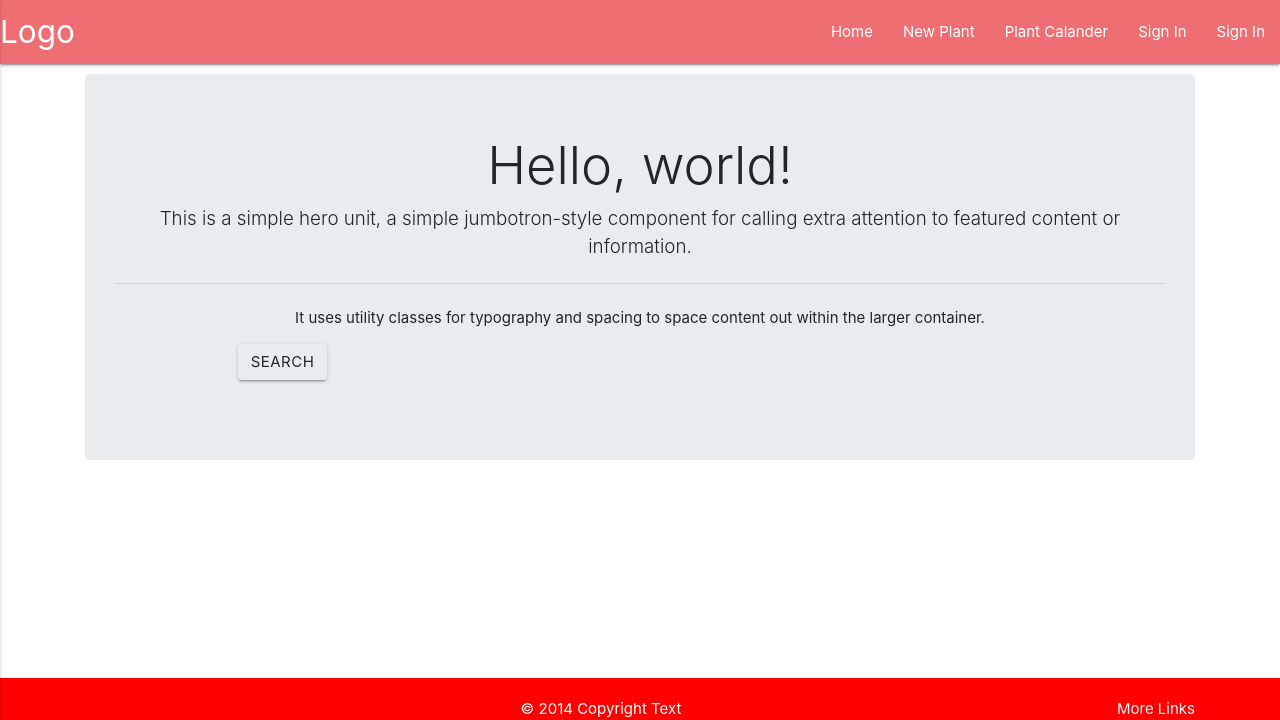
Repository: Lemoenskil/Milestone_project_3_Garden_planner
Page: http://localhost/
The author's editor kept a record of every edit. The page is drawn from the files as they stood at one moment, then again after a run of edits.
The browser window is 1280 px wide. The pictures show the whole page.
Some web libraries are served in a nearby version. The page is served by the project's application, run on Flask 3 (app.py). Other server files are loaded and not shown. Queries for data that is not in the repository find no rows.

Above is the page before.
Console error: TypeError: $(...).floatingActionButton is not a function

### templates/plant_records.html
{% extends "base.html" %}
{% block content %}
<div class="text-center justify-content-center">
  <div class="jumbotron">
    <h1 class="display-4">Hello, world!</h1>
    <p class="lead">This is a simple hero unit, a simple jumbotron-style component for calling extra attention to featured content or information.</p>
    <hr class="my-4">
    <p>It uses utility classes for typography and spacing to space content out within the larger container.</p>
    <div class="row">
      <form class="col-lg-4" id="search-site" action="{{ url_for('search') }}" ' method='get '>
        <div class="input-group">
          <div class="input-field">
            <label><input id="search" type="search" name='query '><i class="material-icons" >search</i></label>
          </div>
          <button type="submit" class="input-group-addon btn">search</button>
        </div>
      </form>
    </div>
  </div>
</div>

<div class="row text-center justify-content-center">
  {% for plant in plants%}
    <a href="{{url_for('view_plant', plant_id=plant._id)}}" class="card col-md-4 col-lg-3 mt-5 col-sm-12 col-xl-3" >
      <img src="{{plant.picture_link}}" class="card-img-top" alt="Responsive image" class="img-thumbnail">
      <div class="card-body">
         <h5 class="card-title">{{plant.plant_name}}</h5>
      </div>
    </a>
  {%endfor%}
</div>

<div>
  <div aria-label="" class="card-sm">
    <ul class="pagination justify-content-center">
      {% if page > 1 %}
      <li class="page-item">
        <a class="page-link" href="{{url_for('get_plant_record', page=page-1)}}" aria-label="Previous">
          <span aria-hidden="true">&laquo;</span>
          <span class="sr-only">Previous</span>
        </a>
      </li>
      {% endif %}
      {% for pagenum in pages %}
        {% if pagenum == page %}
          <li class="page-item active" aria-current="page">
        <a class="page-link" href="#">{{ pagenum }}<span class="sr-only">(current)</span></a> {% else %}
        <li class="page-item">
          <a class="page-link" href="{{url_for('get_plant_record', page=pagenum)}}">{{ pagenum }}</a></li>
        {% endif %}
      {% endfor %}
      {% if page < total %}
        <li class="page-item">
          <a class="page-link" href="{{url_for('get_plant_record', page=page+1)}}" aria-label="Next">
            <span aria-hidden="true">&raquo;</span>
            <span class="sr-only">Next</span>
          </a>
        </li>
      {% endif %}
    </ul>
  </div>
</div>

{% endblock %}

### templates/base.html
<!DOCTYPE html>
<html lang="en">
<head>
    <meta charset="UTF-8">
    <meta name="viewport" content="width=device-width, initial-scale=1.0">
    <meta http-equiv="X-UA-Compatible" content="ie=edge">
    <link href="https://fonts.googleapis.com/icon?family=Material+Icons" rel="stylesheet">
    <link rel="stylesheet" href="https://cdnjs.cloudflare.com/ajax/libs/materialize/0.100.2/css/materialize.min.css">
    <link href="https://stackpath.bootstrapcdn.com/bootstrap/4.4.1/css/bootstrap.min.css" rel="stylesheet" integrity="sha384-Vkoo8x4CGsO3+Hhxv8T/Q5PaXtkKtu6ug5TOeNV6gBiFeWPGFN9MuhOf23Q9Ifjh" crossorigin="anonymous">
    <link rel="stylesheet" href="{{url_for('static', filename='css/style.css')}}" type="text/css" />
    <title>Garden Planner</title>
</head>
<body>
    <header>
       <nav>
            <div class="nav-wrapper">
                <a href="#!" class="brand-logo">Logo</a>
                <a href="#" data-activates="mobile-demo" class="button-collapse"><i class="material-icons">menu</i></a>
                <ul class="right hide-on-med-and-down">
                    <li><a href="{{url_for('get_plant_record')}}">Home</a></li>
                    <li><a href="{{url_for('add_plant')}}">New Plant</a></li>
                    <li><a href="{{url_for('list_plant')}}">Plant Calander</a></li>
                    <li><a href="{{url_for('register_new_user')}}">Sign In</a></li>
                    <li><a href="">Sign In</a></li>
                </ul>
                <ul class="side-nav" id="mobile-demo">
                    <li><a href="{{url_for('get_plant_record')}}">Home</a></li>
                    <li><a href="{{url_for('add_plant')}}">New Plant</a></li>
                    <li><a href="{{url_for('list_plant')}}">Plant Calander</a></li>
                    <li><a href="{{url_for('register_new_user')}}">Register</a></li>
                    <li><a href="">Sign In</a></li>

                </ul>
            </div>
        </nav>
    </header>

    <main class="container">
        {% block content %}{% endblock %}

    </main>

    <footer class="page-footer">
        <div class="container" class="footer-copyright">
            © 2014 Copyright Text
            <a class="grey-text text-lighten-4 right" href="#!">More Links</a>
        </div>
    </footer>

    <script src="https://code.jquery.com/jquery-3.4.1.slim.min.js" integrity="sha384-J6qa4849blE2+poT4WnyKhv5vZF5SrPo0iEjwBvKU7imGFAV0wwj1yYfoRSJoZ+n" crossorigin="anonymous"></script>
    <script src="https://cdnjs.cloudflare.com/ajax/libs/jquery/3.2.1/jquery.min.js"></script>
    <script src="https://stackpath.bootstrapcdn.com/bootstrap/4.4.1/js/bootstrap.min.js"></script>
    <script src="https://cdnjs.cloudflare.com/ajax/libs/materialize/0.100.2/js/materialize.min.js"></script>
    <script src="https://maxcdn.bootstrapcdn.com/bootstrap/4.1.1/js/bootstrap.min.js"></script>
    <script type="text/javascript">
        $(document).ready(function() {
            $(".button-collapse").sideNav();
            $('.fixed-action-btn').floatingActionButton();
        });
        $('#myModal').on('shown.bs.modal', function () {
             $('#myInput').trigger('focus')
        });
    </script>
</body>

</html>

### app.py
import os
from flask import Flask, render_template, redirect, request, url_for, session, flash
from flask_pymongo import PyMongo
from form import LoginForm, RegisterForm
from bson.objectid import ObjectId
import math
import re
import bcrypt



app = Flask ("----name----")
app.config["MONGO_DBNAME"] = 'garden_planner'
app.config["MONGO_URI"] = 'mongodb+srv://CP3O:iYmkh8QOgi2fhu2y@lemoenskil-4vjdx.mongodb.net/garden_planner?retryWrites=true&w=majority'

# Set the secret key to some random bytes. Keep this really secret!
app.secret_key = os.environ.get('SECRET_KEY') or 'y6rdh777y685hf67gk9786j65g9h*&^^*(^'

plants_per_page = 6

mongo = PyMongo(app)

@app.route('/')
@app.route('/plant_records')
def get_plant_record():
    page_number = int(request.args.get('page', 1))
    plants_to_skip = (page_number - 1) * plants_per_page
    plant_count = mongo.db.plant_data.count({})
    page_count = int(math.ceil(plant_count / plants_per_page))
    page_numbers = range(1, page_count + 1)
    plants_on_page = mongo.db.plant_data.find().skip(plants_to_skip).limit(plants_per_page)
    return render_template("plant_records.html", title="Home", plants=plants_on_page, page=page_number, pages=page_numbers, total=page_count)

@app.route('/register', methods=['GET', 'POST'])
def register_new_user():
    """Registers a new user"""
    form = RegisterForm(request.form)
    if form.validate_on_submit():
        all_existing_users = mongo.db.user_data
        found_user = all_existing_users.find_one({
            'name': request.form['username']
        })

        if found_user:
            flash(f"Username `{request.form['username']}` is already taken. Please try a different username.")
            return redirect(url_for('register_new_user'))
        else:
            # Convert password to hash to prevent password leakage should we get hacked
            hashed_password = bcrypt.hashpw(
                request.form['password'].encode('utf-8'), bcrypt.gensalt()
            )
            all_existing_users.insert_one({
                'name': request.form['username'],
                'password': hashed_password,
                'email': request.form['email']
            })
            # User successfully registered, so treat the user as logged in.
            session['username'] = request.form['username']
            return redirect(url_for('get_plant_record'))
    return render_template('register.html', title='Register', form=form)


@app.route('/list_plant')
def list_plant():
    return render_template("list_plant.html", plants=mongo.db.plant_data.find())

@app.route('/view_plant/<plant_id>')
def view_plant(plant_id):
    """Shows full plant details"""
    mongo.db.plant_data.find_one(
        {'_id': ObjectId(plant_id)},
    )
    plant_db = mongo.db.plant_data.find_one_or_404({'_id': ObjectId(plant_id)})
    return render_template("view_plant.html", plant=plant_db)

@app.route('/add_plant')
def add_plant():
    return render_template("add_plant.html")

@app.route('/insert_plant', methods=['POST'])
def insert_plant():
    plants = mongo.db.plant_data
    plants.insert_one(convert_form_to_plant_data(request.form))
    return redirect(url_for('get_plant_record'))

@app.route('/update_plant/<plant_id>')
def update_plant(plant_id):
    plants =  mongo.db.plant_data.find_one({"_id": ObjectId(plant_id)})
    return render_template('update_plant.html', plant=plants)

def convert_form_to_plant_data(form):
    value_sowing_under_glass = [ month for month in range(1, 13) if f"sowing-under-glass-{month}" in form ]
    value_outside_seeding = [ month for month in range(1, 13) if f"outside-seeding-{month}" in form ]
    value_harvest = [ month for month in range(1, 13) if f"harvest-{month}" in form ]
    return {
        'plant_name':form.get('plant_name'),
        'picture_link':form.get('picture_link'),
        'crop_group': form.get('crop_group'),
        'crop_family': form.get('crop_family'),
        'soil':form.get('soil'),
        'frost_tolerant':form.get('frost_tolerant'),
        'position':form.get('position'),
        'feeding':form.get('feeding'),
        'companions':form.get('companions'),
        'spacing':form.get('spacing'),
        'Sow_and_Plant':form.get('Sow_and_Plant'),
        'Harvesting':form.get('Harvesting'),
        'Pests':form.get('Pests'),
        'Note':form.get('Note'),
        'value_sowing_under_glass':value_sowing_under_glass,
        'value_outside_seeding':value_outside_seeding,
        'value_harvest':value_harvest,
    }

@app.route('/edit_plant/<plant_id>', methods=["POST"])
def edit_plant(plant_id):
    plants = mongo.db.plant_data
    plants.update( {'_id': ObjectId(plant_id)}, convert_form_to_plant_data(request.form))
    return redirect(url_for('get_plant_record'))

@app.route('/delete_plant/<plant_id>')
def delete_plant(plant_id):
    mongo.db.plant_data.remove({'_id': ObjectId(plant_id)})
    return redirect(url_for('get_plant_record'))

@app.route('/search')
def search():
    """Provides logic for search bar"""
    query_A = request.args['query'].strip()
    regx = re.compile(f".*{query_A}.*", re.IGNORECASE)
    query = {'$regex': regx }
    results = mongo.db.plant_data.find({
        '$or': [
            {'plant_name': query},
            {'Note': query},
            {'crop_group': query},
        ]
    })
    return render_template('search_results.html', query=query_A, results=results)

if __name__ == '__main__':
    app.run(host=os.environ.get('IP'),
            port=int(os.environ.get('PORT')),
            debug=True)

### static/css/style.css
.mt-5, .my-5 {
    margin: 2rem!important;
}

.card{
  width: 100%;
}

body {
  display: flex;
  min-height: 100vh;
  flex-direction: column;
}

main {
  flex: 1 0 auto;
}


.page-footer{
    position: fixed;
    left: 0;
   bottom: 0;
   width: 100%;
   background-color: red;
   color: white;
   text-align: center;
}

.card-sm{
  margin-bottom: 50px;
}

.form-control-borderless {
    border: none;
}

.form-control-borderless:hover, .form-control-borderless:active, .form-control-borderless:focus {
    border: none;
    outline: none;
    box-shadow: none;
}

.search_box{
    width: 100%;
    margin: 6%;
}
.align-items-center{
    margin: 0px!important;
}

.under-glass{
    background-color: yellow;
}
.outside-seeding {
    background-color: orange;
}

.harvest{
    background-color: green;
}
.header-edit-form{
    text-align: center;
}

.list_headings{
    color: #d8e332!important;
}

.jumbotron{
    margin-top: 10px;
}

.input-group{
  display:table;
  width:100%;
}
.input-group .input-field,
.input-group .input-group-addon{
  display:table-cell;
}

.page-item.active .page-link{
    z-index: 0!important;
}

.card-img-top{
    width: 100%;
    height: 200px;
    object-fit: cover;
}
.modal{
    background-color: transparent;
    max-height: 100%;
}

.modal .modal-footer{
    background-color: transparent;
}

.container {
    overflow: auto;
}

After the next 2 edits:
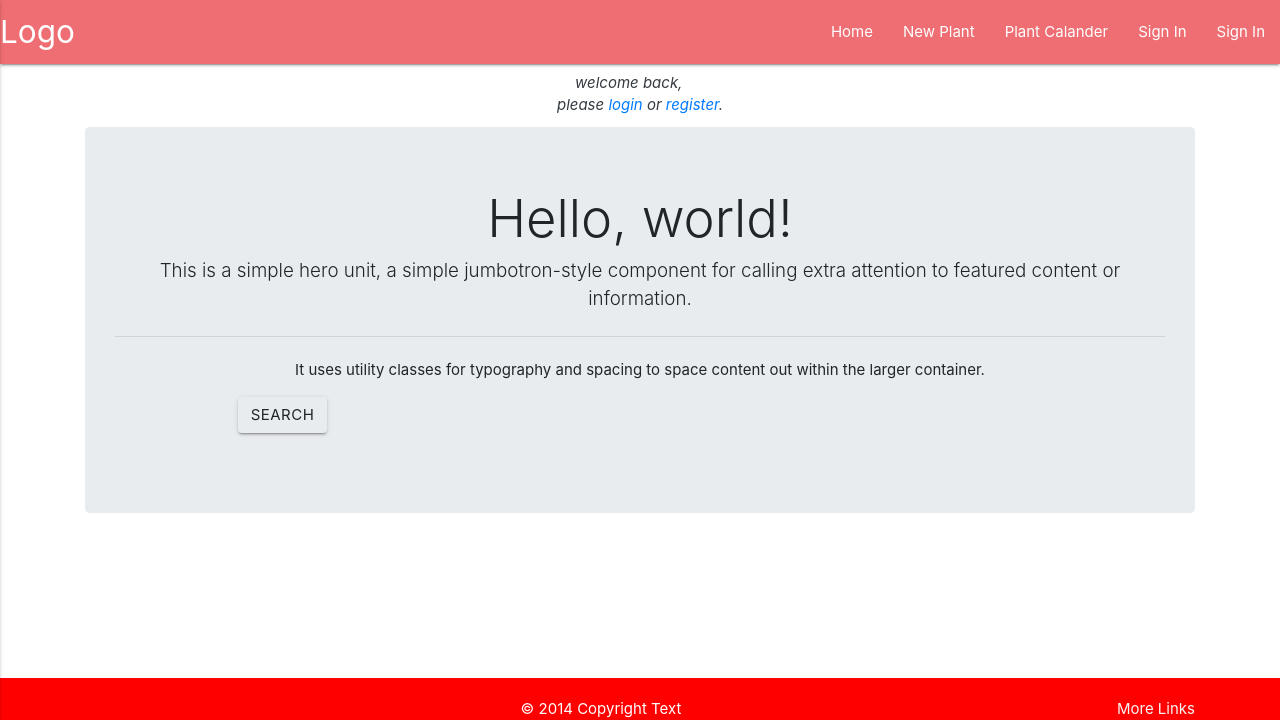
The 2 edits are shown as one change because 1 did not build or start.
The edit:
--- a/templates/base.html
+++ b/templates/base.html
@@ -33,6 +33,10 @@
                 </ul>
             </div>
         </nav>
+            <div class="text-dark font-italic bg-transparent text-center pt-2 pr-4">welcome back, </div>
+            <div class="text-dark font-italic bg-transparent text-center">please <a href="">login</a>
+                or <a href="">register</a>.
+            </div>
     </header>
 
     <main class="container">
